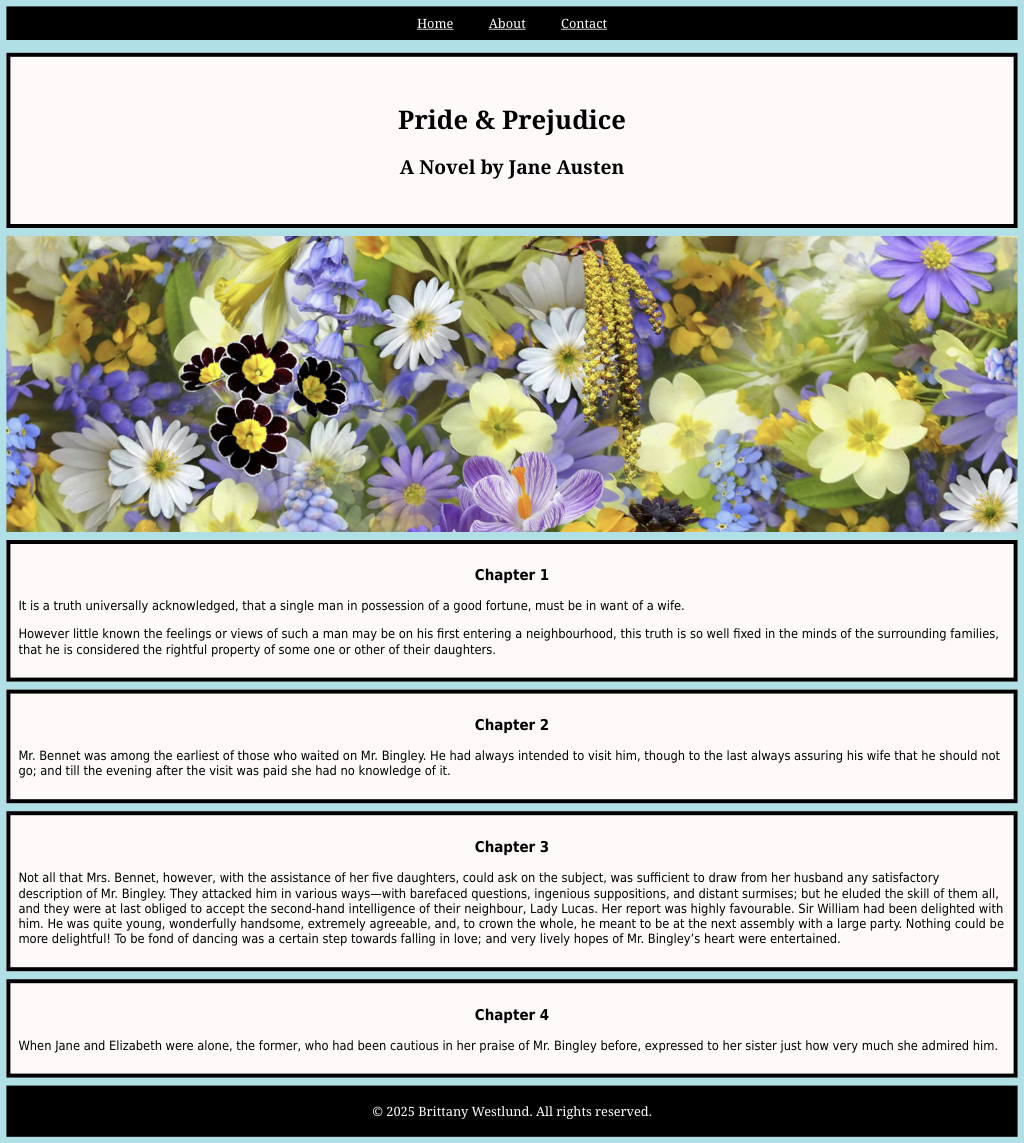
Repository: Brittany-Westlund/WebDesign
Page: Assignment2/index.html
These files come from the project's save history. The page is drawn as it stood at one moment and after the next save; the edit follows.
The browser window is 1280 px wide. The pictures show the whole page, at 80% of full size.

Above is the page before, as saved 2025-05-27 02:11:59.

After the next save:
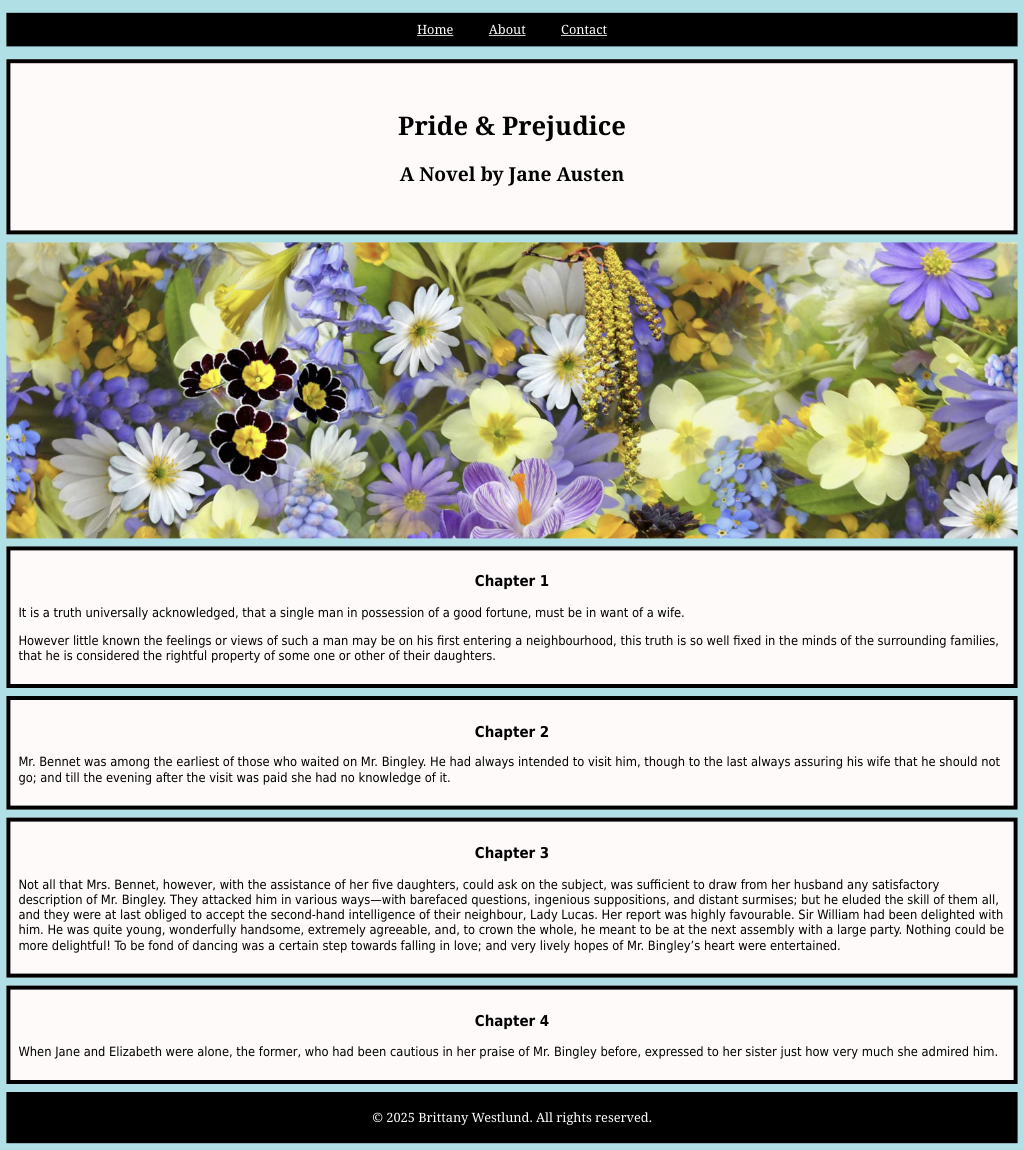
Saved 2 min 4 s later.
--- a/Assignment2/index.html
+++ b/Assignment2/index.html
@@ -1,5 +1,9 @@
+<!DOCTYPE html>
+<html lang="en">
 <head>
-  <link rel="stylesheet" href="style/style.css">
+    <meta charset="UTF-8">
+    <title>Pride and Prejudice</title>
+    <link rel="stylesheet" href="style/style.css">
 </head>
 
 <body>
@@ -45,3 +49,4 @@
 </footer>
 
 </body>
+</html>
